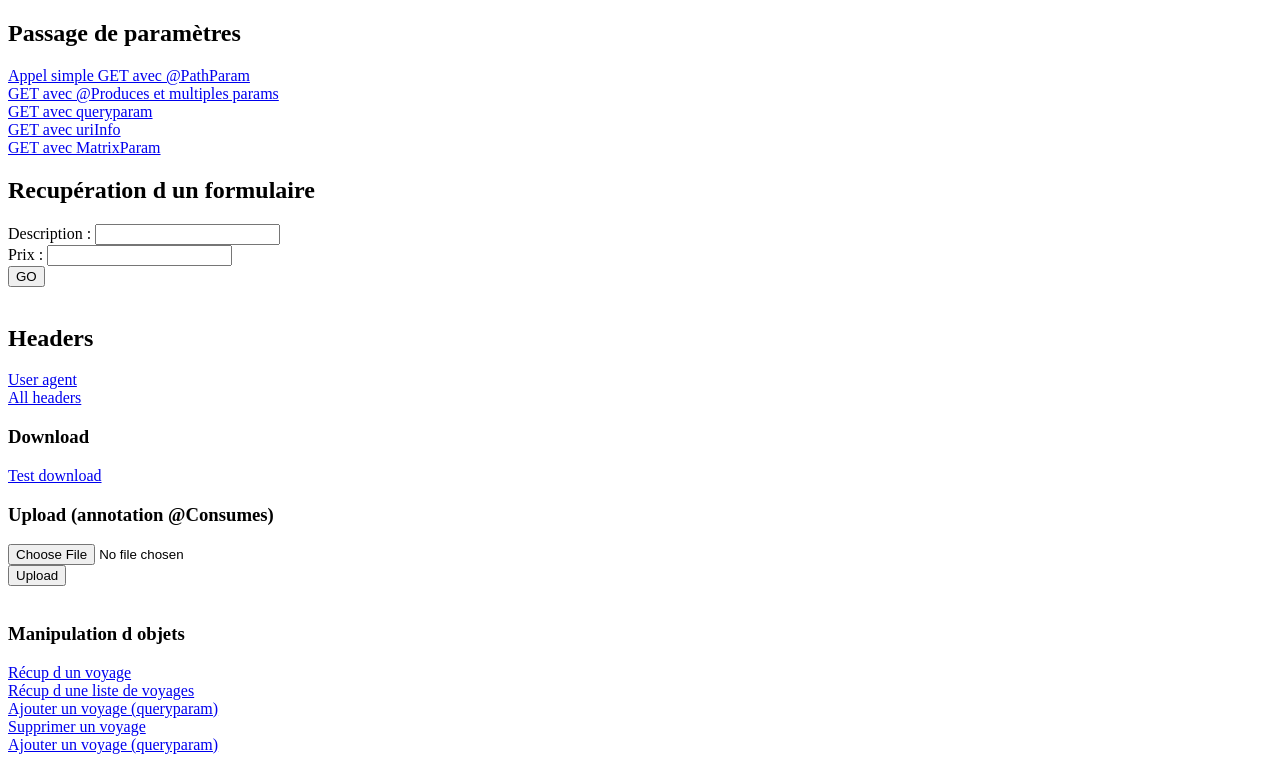
Repository: antoinebody/formationJee7
Page: http://localhost/projetRS/
These files come from the project's save history. The page is drawn as it stood at one moment and after the next save; the edit follows.
The browser window is 1280 px wide. The pictures show the whole page.
The page is served by Tomcat 9. Other server files are loaded and not shown.

Above is the page before, as saved 2015-11-25 15:53:37.

### projetRS/WebContent/index.jsp
<%@ page language="java" contentType="text/html; charset=UTF-8"
    pageEncoding="UTF-8"%>
<!DOCTYPE html PUBLIC "-//W3C//DTD HTML 4.01 Transitional//EN" "http://www.w3.org/TR/html4/loose.dtd">
<html>
<head>
<meta http-equiv="Content-Type" content="text/html; charset=UTF-8">
<title>WebServices with Jaxrs</title>
</head>
<body>
	<h2>Passage de paramètres</h2>
	<a href="rest/bases/Dupont">Appel simple GET avec @PathParam</a>
	<br/>
	<a href="rest/bases/2015/05/30">GET avec @Produces et multiples params</a>
	<br/>
	<a href="rest/bases/email?to=hall&from=antoine&to=john">GET avec queryparam</a>
	<br/>
	<a href="rest/bases/email2?to=hall&from=antoine&to=john">GET avec uriInfo</a>

	<br/>
	<a href="rest/bases/matrix/1999;acteur=keanu;heros=neo">GET avec MatrixParam</a>
	<h2>Recupération d un formulaire</h2>
	<form method="post" action="rest/bases/produit/add">
		<label for="desc">Description : </label>
		<input type="text" name="description" id="desc"/>
		<br />
		<label for="prix">Prix : </label>
		<input type="text" name="prix" id="prix"/>
		<br/>
		<input type="submit" value="GO"/>
	</form>

	<br/>
	<h2>Headers</h2>
	<a href="rest/bases/user-agent">User agent</a>
	<br/>
	<a href="rest/bases/headers">All headers</a>
	<br/>
	<h3>Download </h3>
	<a href='rest/bases/download-file'> Test download</a>
	<br/>
	<h3>Upload (annotation @Consumes)</h3>
	<!-- 1) ajouter le support dans le configurator dans MyApplication -->
	<form method="post" action="rest/bases/upload" enctype="multipart/form-data">
		<input type="file" name="file" id="f"/>
		<br/>
		<input type="submit" value="Upload"/>
	</form>

	<br/>
	<h3>Manipulation d objets</h3>
	<a href="rest/voyages/1">Récup d un voyage</a>
	<br/>
	<a href="rest/voyages">Récup d une liste de voyages</a>
	<br/>
	<a href="rest/voyages/add?ville_depart=paris&villeArrivee=londres&datedepart=13-01-2016">Ajouter un voyage (queryparam)</a>
	<br/>
	<a href="rest/voyages/delete?voyage_id=2">Supprimer un voyage</a>
	<br/>
	<a href="rest/voyages/add?ville_depart=paris&villeArrivee=londres&datedepart=13-01-2016">Ajouter un voyage (queryparam)</a>

</body>
</html>

After the next save:
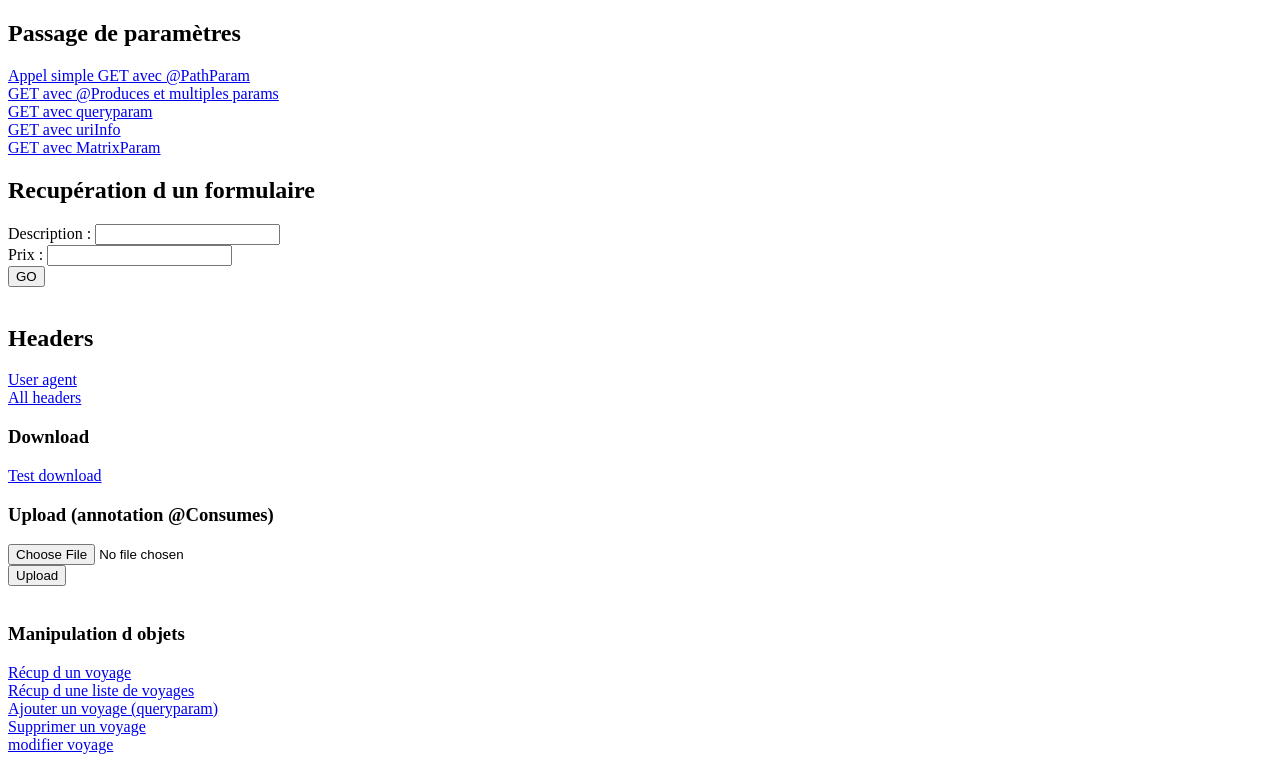
Saved 9 s later.
--- a/projetRS/WebContent/index.jsp
+++ b/projetRS/WebContent/index.jsp
@@ -56,7 +56,7 @@
 	<br/>
 	<a href="rest/voyages/delete?voyage_id=2">Supprimer un voyage</a>
 	<br/>
-	<a href="rest/voyages/add?ville_depart=paris&villeArrivee=londres&datedepart=13-01-2016">Ajouter un voyage (queryparam)</a>
+	<a href="rest/voyages/add?ville_depart=paris&villeArrivee=londres&datedepart=13-01-2016">modifier voyage</a>
 
 </body>
 </html>
